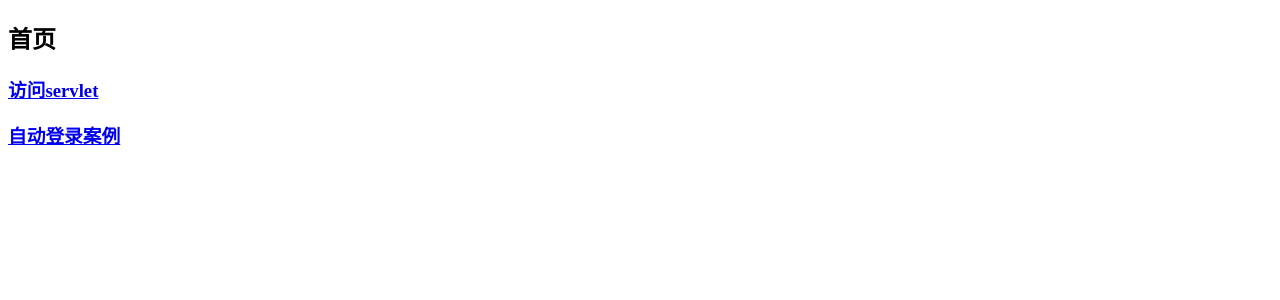
Repository: iamsongpeng/java-web-demo
Page: http://localhost/java-web-demo-filter/
The author's editor kept a copy of each file at every save. The page is drawn from the files as they stood at one save, then again after the next save.
The browser window is 1280 px wide. The pictures show the whole page.
The page is served by Tomcat 9. Other server files are loaded and not shown.

Above is the page before, as saved 2017-06-12 15:45:59.

### java-web-demo-filter/WebContent/index.jsp
<%@ page language="java" contentType="text/html; charset=UTF-8"
    pageEncoding="UTF-8"%>
<!DOCTYPE html PUBLIC "-//W3C//DTD HTML 4.01 Transitional//EN" "http://www.w3.org/TR/html4/loose.dtd">
<html>
<head>
<meta http-equiv="Content-Type" content="text/html; charset=UTF-8">
<title>Insert title here</title>
</head>
<body>
	<h2>首页</h2>
	<h3><a href="${pageContext.request.contextPath }/hello">访问servlet</a></h3>
	<h3><a href="${pageContext.request.contextPath }/demo02/index.jsp">自动登录案例</a></h3>
</body>
</html>

After the next save:
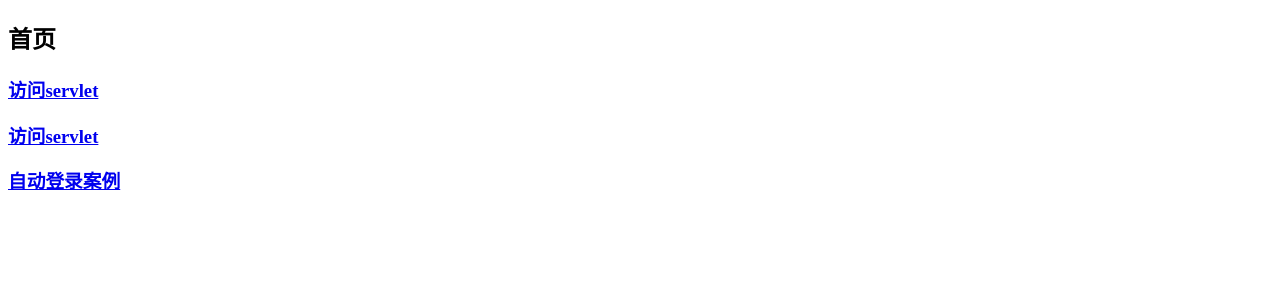
Saved 45 s later.
--- a/java-web-demo-filter/WebContent/index.jsp
+++ b/java-web-demo-filter/WebContent/index.jsp
@@ -9,6 +9,7 @@
 <body>
 	<h2>首页</h2>
 	<h3><a href="${pageContext.request.contextPath }/hello">访问servlet</a></h3>
+	<h3><a href="${pageContext.request.contextPath }/demo02/lifecycle.jsp">访问servlet</a></h3>
 	<h3><a href="${pageContext.request.contextPath }/demo02/index.jsp">自动登录案例</a></h3>
 </body>
 </html>
